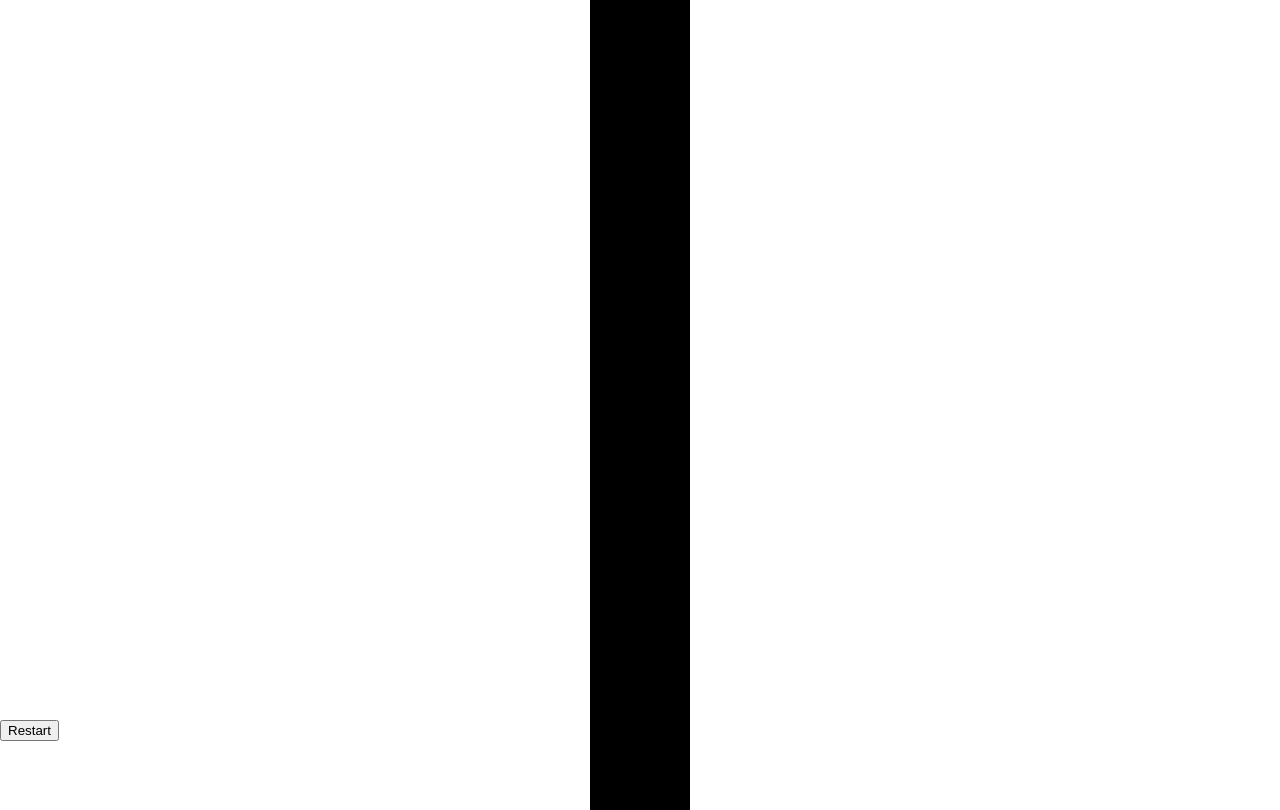
Repository: kate30980/pratice-tictactoe
Page: index.html
An editor plug-in stored every save of this project. The page is shown before and after the next save, followed by the edit.
The browser window is 1280 px wide. The pictures show the whole page.

Above is the page before, as saved 2021-08-05 21:45:07.
Not found: script.js

### index.html
<!DOCTYPE html>
<html lang="en">
<head>
    <meta charset="UTF-8">
    <meta http-equiv="X-UA-Compatible" content="IE=edge">
    <meta name="viewport" content="width=device-width, initial-scale=1.0">
    <link rel="stylesheet" href="styles.css">
    <script src="script.js" defer></script>
    <title>Tic Tac Toe</title>
</head>
<body>
    <div class="board" id="board">
        <div class="cell" data-cell></div>
        <div class="cell" data-cell></div>
        <div class="cell" data-cell></div>
        <div class="cell" data-cell></div>
        <div class="cell" data-cell></div>
        <div class="cell" data-cell></div>
        <div class="cell" data-cell></div>
        <div class="cell" data-cell></div>
        <div class="cell" data-cell></div>
    </div>
    <div class="winning-message">
        <div data-wining-message-text></div>
        <button id="restartButton">Restart</button>
    </div>
</body>
</html>

### styles.css
*,
*::after,
*::before {
  box-sizing: border-box;
}

body {
  margin: 0;
}
.board {
  width: 100vw;
  height: 100vh;
  display: grid;
  justify-content: center;
  align-content: center;
}
.cell {
  width: 100px;
  height: 100px;
  background-color: black;
}

After the next save:
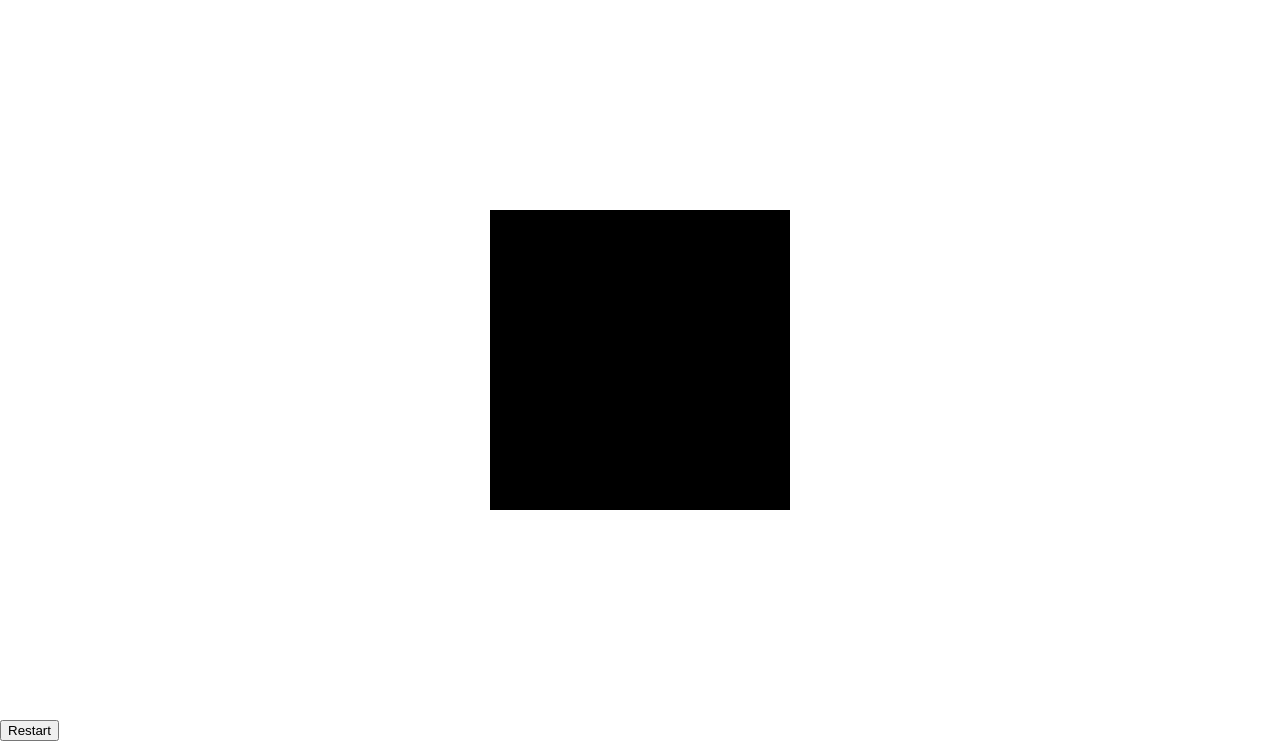
Saved 56 s later.
--- a/styles.css
+++ b/styles.css
@@ -13,6 +13,7 @@ body {
   display: grid;
   justify-content: center;
   align-content: center;
+  grid-template-columns: repeat(3, auto);
 }
 .cell {
   width: 100px;
